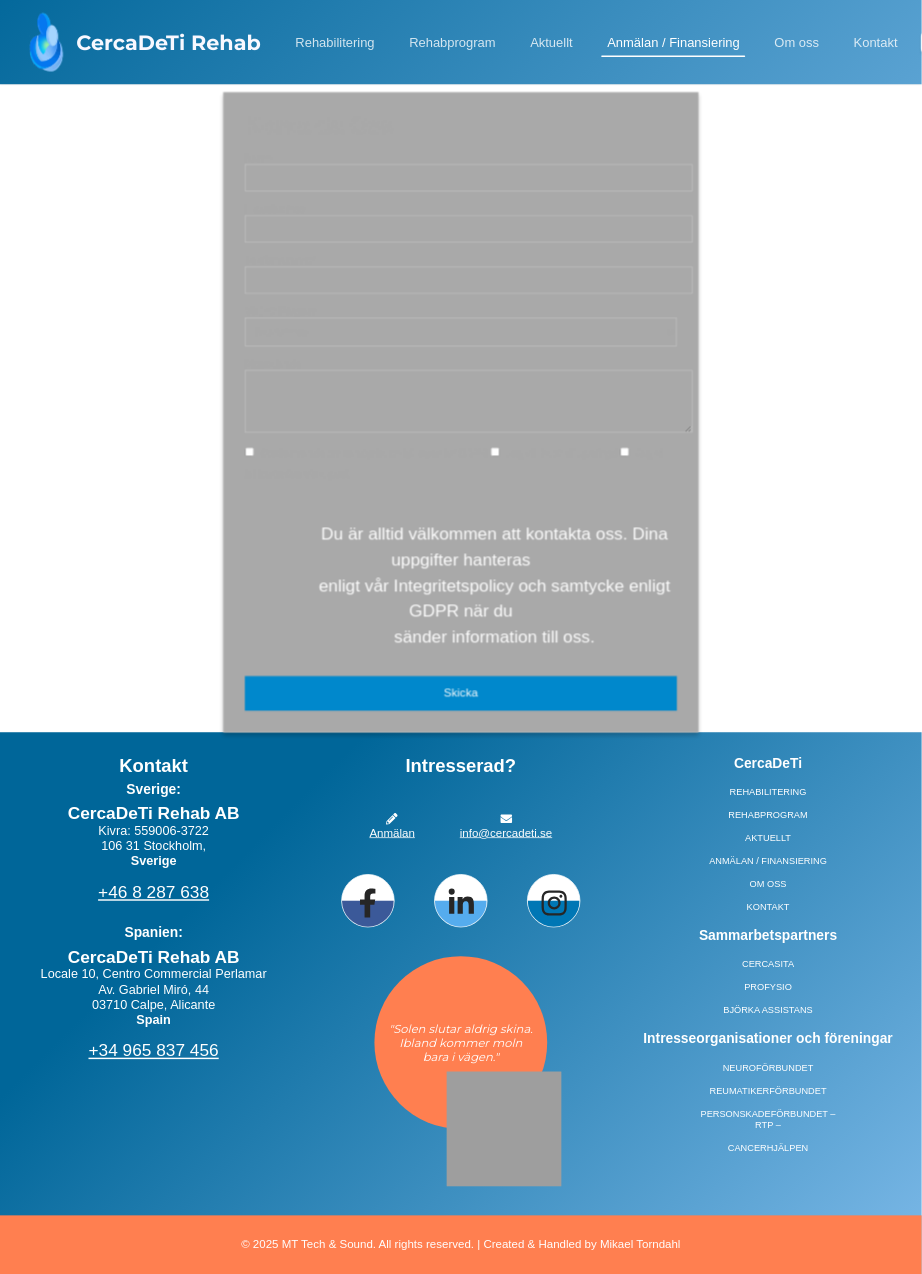
Repository: micketorndahl/CercaDeTi-rehab
Page: anmalan-form.html
An editor plug-in stored every save of this project. The page is shown before and after the next save, followed by the edit.
The browser window is 1280 px wide. The pictures show the whole page, at 72% of full size.
Pictures or frames that could not be fetched are drawn as grey boxes. The page's requests for data from a server got no answer. Some web fonts or font styles are not loaded; a fallback is used. Some web libraries are served in a nearby version.

Above is the page before, as saved 2025-02-01 18:32:32.
Console error: TypeError: Cannot read properties of null (reading 'addEventListener')

### anmalan-form.html
<!DOCTYPE html>
<html lang="en">
  <head>
    <meta charset="UTF-8" />
    <meta name="viewport" content="width=device-width, initial-scale=1.0" />

    <link
      rel="stylesheet"
      href="https://use.fontawesome.com/releases/v5.6.3/css/all.css"
      integrity="sha384-UHRtZLI+pbxtHCWp1t77Bi1L4ZtiqrqD80Kn4Z8NTSRyMA2Fd33n5dQ8lWUE00s/"
      crossorigin="anonymous"
    />

    <script src="https://cdnjs.cloudflare.com/ajax/libs/font-awesome/5.15.4/js/all.min.js"></script>

    <link rel="stylesheet" href="style.css" />
    <link rel="stylesheet" href="tailwind.css" />
    <title>CercaDeTi Rehab</title>
  </head>
  <body>
    <div class="site-container">
      <header class="header">
        <div class="logo-wrapper">
          <div class="logo">
            <div class="logo-and-text">
              <a href="index.html">
                <img src="/images/cropped-CDTR.gif" alt="Logo" />
                <h1 class="cercadeti">CercaDeTi Rehab</h1>
              </a>
            </div>
          </div>
        </div>

        <nav class="main-nav">
          <div class="nav-container">
            <ul>
              <li>
                <a href="rehabilitering.html">Rehabilitering</a>
              </li>
              <li><a href="rehabprogram.html">Rehabprogram</a></li>
              <li><a href="aktuellt.html">Aktuellt</a></li>
              <li>
                <a href="anmalan-finans.html" class="active"
                  >Anmälan / Finansiering</a
                >
              </li>
              <li><a href="om-oss.html">Om oss</a></li>
              <li><a href="kontakt.html">Kontakt</a></li>
            </ul>
          </div>
        </nav>

        <div class="social-container">
          <div class="social">
            <ul>
              <li>
                <a href="https://www.facebook.com/CercadetiRehab/"
                  ><i class="fab fa-facebook-f icon"></i
                ></a>
              </li>
              <li>
                <a href="https://www.linkedin.com/company/cercadeti-rehab-ab"
                  ><i class="fab fa-linkedin-in icon"></i
                ></a>
              </li>
              <li>
                <a href="https://www.instagram.com/cercadetirehab/"
                  ><i class="fab fa-instagram icon"></i
                ></a>
              </li>
            </ul>
          </div>
        </div>
      </header>

      <div class="content">
        <div class="form-container">
          <form class="contact-form">
            <h2>Kontakta Oss</h2>

            <label for="name">Namn</label>
            <input type="text" id="name" name="name" required />

            <label for="email">E-postadress</label>
            <input type="email" id="email" name="email" required />

            <label for="phone">Telefonnummer</label>
            <input type="tel" id="phone" name="phone" required />

            <label for="program">Välj ett Program</label>
            <select id="program" name="program" required>
              <option value="neurorehab">Neurorehab</option>
              <option value="reumarehab">Reumarehab</option>
              <option value="cancerrehab">Cancerrehab</option>
              <option value="stressrehab">Stressrehab</option>
              <option value="närståendeprogram">Närståendeprogram</option>
            </select>

            <label for="message">Meddelande</label>
            <textarea id="message" name="message" rows="4" required></textarea>

            <div class="checkbox-container">
              <input type="checkbox" id="gdpr" name="gdpr" required />
              <label for="gdpr"
                >Godkännande om samtycke enligt lagen för GDPR</label
              >

              <input type="checkbox" id="call" name="call" />
              <label for="call">Jag vill helst bli uppringd</label>

              <input type="checkbox" id="emailContact" name="emailContact" />
              <label for="emailContact"
                >Jag vill bli kontaktad via e-post</label
              >
            </div>

            <p class="info-text">
              Du är alltid välkommen att kontakta oss. Dina uppgifter hanteras
              enligt vår Integritetspolicy och samtycke enligt GDPR när du
              sänder information till oss.
            </p>

            <button type="submit" class="submit-btn">Skicka</button>
          </form>
        </div>
      </div>

      <!-- FOOTER START -->
      <footer class="footer-container">
        <div class="footer-top">
          <div class="footarea1 footer-shared">
            <h3>Kontakt</h3>

            <address class="address-shared address-se">
              <h5>Sverige:</h5>
              <strong
                ><span class="address-company-name"
                  >CercaDeTi Rehab AB</span
                ></strong
              ><br />
              <span class="address-location">Kivra: 559006-3722</span><br />
              <span class="address-city">106 31 Stockholm,</span><br />
              <span class="address-country"
                ><strong>Sverige</strong><br
              /></span>
              <br />
              <span class="telephone"
                ><a href="tel:+468287638">+46 8 287 638</a></span
              >
            </address>

            <div class="address-shared address-es">
              <address>
                <h5>Spanien:</h5>
                <strong
                  ><span class="address-company-name"
                    >CercaDeTi Rehab AB</span
                  > </strong
                ><br />
                <span class="address-location"
                  >Locale 10, Centro Commercial Perlamar</span
                ><br />
                <span class="address-street">Av. Gabriel Miró, 44</span><br />
                <span class="address-city">03710 Calpe, Alicante<br /></span>
                <span class="address-country"
                  ><strong>Spain</strong><br
                /></span>
                <br />
                <span class="telephone"
                  ><a href="tel:+34965837456">+34 965 837 456</a></span
                >
              </address>
            </div>
          </div>
          <div class="footarea2 footer-shared">
            <h3>Intresserad?</h3>
            <div class="footarea2-links">
              <a href=""><i class="fas fa-pencil-alt"></i> Anmälan</a>
              <a href="mailto:info@cercadeti.se"
                ><i class="fas fa-envelope"></i> info@cercadeti.se</a
              >
            </div>
            <div class="social-footer">
              <ul>
                <li>
                  <a href="https://www.facebook.com/CercadetiRehab/">
                    <i class="fab fa-facebook-f icon"></i>
                  </a>
                </li>

                <li>
                  <a href="https://www.linkedin.com/company/cercadeti-rehab-ab"
                    ><i class="fab fa-linkedin-in icon"></i
                  ></a>
                </li>
                <li>
                  <a href="https://www.instagram.com/cercadetirehab/"
                    ><i class="fab fa-instagram icon"></i
                  ></a>
                </li>
              </ul>
            </div>
            <div class="image-container-footer">
              <div class="image-wrapper">
                <p class="footer-quote">
                  "Solen slutar aldrig skina. Ibland kommer moln bara i vägen."
                </p>
                <img src="images/weelchair.icon.png" alt="wheelchair-icon" />
              </div>
            </div>
          </div>
          <div class="footarea3 footer-shared">
            <nav class="footer-nav">
              <div class="link-column1">
                <h4>CercaDeTi</h4>
                <ul>
                  <li><a href="rehabilitering.html">Rehabilitering</a></li>
                  <li><a href="rehabprogram.html">Rehabprogram</a></li>
                  <li><a href="aktuellt.html">Aktuellt</a></li>
                  <li>
                    <a href="anmalan-finans.html">Anmälan / Finansiering</a>
                  </li>
                  <li><a href="om-oss.html">Om oss</a></li>
                  <li><a href="kontakt.html">Kontakt</a></li>
                </ul>
              </div>

              <div class="link-column2">
                <h4>Sammarbetspartners</h4>
                <ul>
                  <li><a href="https://cercasita.com/">Cercasita</a></li>
                  <li><a href="https://profysio.es/">ProFysio</a></li>
                  <li>
                    <a href="https://www.bjorka-assistans.se/"
                      >Björka Assistans</a
                    >
                  </li>
                </ul>
              </div>

              <div class="link-column3">
                <h4>Intresseorganisationer och föreningar</h4>
                <ul>
                  <li><a href="https://neuro.se/">Neuroförbundet</a></li>
                  <li>
                    <a href="https://reumatiker.se/">Reumatikerförbundet</a>
                  </li>
                  <li>
                    <a href="https://rtp.se/">Personskadeförbundet – RTP – </a>
                  </li>
                  <li>
                    <a href="http://www.cancerhjalpen.se/">Cancerhjälpen</a>
                  </li>
                </ul>
              </div>
            </nav>
          </div>
        </div>
        <div class="footer-bottom">
          <div class="copyright">
            &copy; 2025 MT Tech &amp; Sound. All rights reserved. | Created
            &amp; Handled by Mikael Torndahl
          </div>
          <div class="additional-info"></div>
        </div>
      </footer>
      <!-- FOOTER END -->
    </div>
    <!-- SCRIPT SRCS -->
    <script src="js/script.js"></script>
    <script src="js/weather-api.js"></script>
  </body>
</html>

### style.css
@import url("css/reset.css");
@import url("css/standard.css");
@import url("css/variables.css");
@import url("css/typography.css");
@import url("css/layout.css");
@import url("css/navigation.css");
@import url("css/post.css");
@import url("css/footer.css");
@import url("css/searchbox.css");
@import url("css/page-templates.css");
@import url("css/mq-tablet.css");
@import url("css/mq-phone.css");
@import url("css/effects.css");

### css/standard.css
/*
/* STANDARD
*/

html {
  scroll-behavior: smooth;
}

a {
  text-decoration: none;
}

[class*="fa"]:not([class*="fab"]) {
  display: block;
  margin: 0 auto;
  padding: 0.2rem;
}

### css/typography.css
/*
/* HEADLINES
*/

body {
  background-color: var(--white);
  color: var(--gray-paragraph);
  font-style: normal;
}

.content p,
.container-index p {
  font-size: 1.5rem;
  font-weight: 300;
  white-space: pre-wrap;
  text-align: center;
  margin: 0.5rem;
  word-wrap: break-word;
  line-height: 1.5;
}

body,
.content p,
container-index p,
.address-company-name,
address span,
h1,
h2,
h3,
h4,
h5,
h6 {
  font-family: var(--font-secondary), sans-serif;
  margin: 0;
  padding: 0;
}

h1,
h2,
h3,
h4,
h5,
h6 {
  font-weight: bold;
}

h1 {
  font-size: 2rem;
}
h2 {
  font-size: calc(5rem + 1vw);
}

h3 {
  font-size: 1.6rem;
  color: var(--white);
  margin-bottom: 0.5rem;
}
h4 {
  font-size: 1.2rem;
  color: var(--white);
  margin-bottom: 0.5rem;
}
h5 {
  font-size: 1.2rem;
  font-style: normal;
  padding: 0;
}
h6 {
  font-size: 1rem;
}

.banner-content h2 {
  font-family: var(--font-ten), sans-serif;
  font-size: 6rem;
  font-style: bold;
  line-height: 1.2;
  margin-top: 0.5rem;
  color: var(--white);
}

.address-company-name {
  font-size: 1.5rem;
  font-weight: bold;
  font-style: normal;
}

address span {
  font-style: normal;
  font-size: 1.1rem;
  font-weight: 400;
  margin: 0;
  padding: 0;
}

### css/layout.css
/*
/* LAYOUT
*/

.site-container {
  flex: 1;
  display: flex;
  flex-direction: column;
  margin: 0 auto;
  width: 100%;
}

.header {
  background: linear-gradient(
    135deg,
    var(--color-quaternary) 25%,
    var(--color-tertiary) 100%
  );
  background-size: 200% 100%;
  display: flex;
  justify-content: space-between;
  align-items: center;
  margin: 0;
  z-index: 1000;
  width: 100%;
  position: fixed;
  box-shadow: 0 1px 3px rgba(0, 0, 0, 0.1), 0 1px 2px rgba(0, 0, 0, 0.06);
  animation: shineEffect 7s infinite linear;
}

.header > div {
  flex: 1; /* Makes each section take up equal space */
}

.logo-wrapper {
  display: flex;
  flex-direction: row;
  justify-content: center;
  flex-grow: 1;
  flex-shrink: 0;
  position: relative;
  animation: shineEffect 4s ease-in-out infinite;
}

@keyframes shineEffect {
  0% {
    background-position: 0% 50%;
    box-shadow: 0 0 10px var(--background-color-blue);
  }
  50% {
    background-position: 100% 50%;
    box-shadow: 0 0 20px var(--background-color-light-blue);
  }
  100% {
    background-position: 0% 50%;
    box-shadow: 0 0 10px var(--background-color-blue);
  }
}

.logo {
  display: flex;
  flex-direction: row;
  align-items: center;
  padding: 0;
}

.logo img {
  width: 50px;
  height: 85px;
  transition: transform 0.3s ease-in-out, filter 0.3s ease-in-out;
  padding: 0 1rem;
}

.logo img {
  animation: pulse 2.5s infinite;
}

@keyframes pulse {
  0%,
  100% {
    transform: scale(1);
    filter: brightness(1) hue-rotate(0deg) saturate(1);
  }
  50% {
    transform: scale(1.05);
    filter: brightness(1.1) hue-rotate(10deg) saturate(1.3);
  }
}

.logo-and-text {
  display: flex;
  flex-direction: row;
  justify-content: center;
  align-items: center;
  margin: 0;
  padding: 1rem 1.5rem;
}

.logo-and-text a {
  display: flex;
  flex-direction: row;
  align-items: center;
}

h1.cercadeti {
  font-family: var(--font-eight), sans-serif;
  font-size: 1.8rem;
  font-weight: 700;
  color: var(--ghost-white);
  white-space: nowrap;
}

.ctas-container {
  display: flex;
  justify-content: center;
  align-items: center;
}

.button-CTA {
  background-color: var(--color-secondary);
  padding: 1rem 2.6rem;
  border-radius: 3rem;
  box-shadow: rgba(0, 0, 0, 0.1) 0 2px 4px;
  color: #ffffff;
  font-family: Pontano Sans, sans-serif;
  font-size: 1rem;
  font-weight: 500;
  outline: 0;
  text-align: center;
  text-transform: uppercase;
  text-decoration: none;
  margin: 2rem 0.5rem;
  border: 0;
  cursor: pointer;
  transition: all 0.3s ease-in-out;
  position: relative;
  z-index: 1;
  transform-origin: center;
}

/* First button: Transparent effect on hover */
.button-CTA:nth-of-type(1) {
  background-color: var(--color-primary);
}

.button-CTA:nth-of-type(1):hover {
  background-color: rgba(227, 227, 227, 0.1);
  color: white;
  /* Use outline instead of border */
  outline: 1px solid var(--color-primary); /* Or 2px as you prefer */
  outline-offset: -1px; /* Adjust if needed to make outline appear as border */
  box-shadow: rgba(0, 0, 0, 0.2) 0 4px 8px;
  transform: scale(1.05);
}

/* Second button: More vibrant on hover */
.button-CTA:nth-of-type(2) {
  background-color: var(--color-secondary);
}

.button-CTA:nth-of-type(2):hover {
  background-color: #ff5722;
  box-shadow: rgba(0, 0, 0, 0.25) 0 6px 12px;
  /* Scale on hover */
  transform: scale(1.05); /* Adjust scale factor as desired */
}

.button-CTA:active {
  transform: translateY(1px) scale(0.95); /* Scale down slightly on active */
  box-shadow: rgba(0, 0, 0, 0.1) 0 2px 4px;
}

.banner {
  position: relative;
  display: flex;
  flex-direction: column;
  min-height: 100vh;
  background-image: url(../images/banner-index.jpg);
  background-repeat: no-repeat;
  background-size: cover;
  background-attachment: fixed;
  background-position: center top;
  padding-top: 100px;
}

.banner::before {
  content: "";
  position: absolute;
  top: 0;
  left: 0;
  width: 100%;
  height: 60%; /* Only darken the top part */
  background: linear-gradient(to bottom, rgba(0, 0, 0, 0.6), rgba(0, 0, 0, 0));
  z-index: 1;
}

#banner-aktuellt {
  background-image: url(../images/banner-aktuellt.jpg);
}

#banner-anmalan-finans {
  background-image: url(../images/banner-anmalan-finans.jpg);
}

#banner-kontakt {
  background-image: url(../images/rehab10.jpg);
  background-position: center center;
}

#banner-om-oss {
  background-image: url(../images/rehab11.jpg);
  background-position: center center;
}

#banner-rehabilitering {
  background-image: url(../images/banner-rehabilitering.jpg);
}

.banner-content {
  position: relative;
  z-index: 2; /* Ensures the text appears above the dark overlay */
  display: flex;
  flex-direction: column;
  justify-content: space-around;
  align-items: center;
}

.slogan {
  padding: 5rem;
  color: var(--white);
  text-align: center;
}

.content {
  width: 60%;
  margin: 0 auto;
  display: flex;
  align-items: center; /* Vertically center grid items */
  justify-content: center; /* Horizontally align items */
}

.content-3col {
  display: grid;
  grid-template-columns: 1fr 3fr 1fr; /* Left Sidebar - Main Content - Right Sidebar */
  grid-template-rows: auto; /* Allow content to dictate height */
  grid-template-areas: "left main right"; /* Define named grid areas */
}

section.main {
  grid-column:
  display: flex;
  flex-direction: column;
  text-align: center;
  background: var(--white);

}

section.main h2 {
  font-size: 3rem;
  color: var(--text-dark);
}

aside {
  display: flex;
  flex-direction: column;
  justify-content: center;
  align-items: center;
}

aside.sidebar-left {
  grid-column: 1;
  display: flex;
  align-items: center; /* Vertically center content */
  justify-content: center; /* Horizontally center content */
}

aside.sidebar-right {
  grid-column: 3;
  display: flex;
  align-items: center;
  justify-content: center; /* Ensures vertical centering */
}

aside h3 {
  color: var(--text-dark);
}

.form-container {
  background: var(--darkgray);
  backdrop-filter: blur(10px);
  margin-top: 8rem;
  padding: 30px;
  border-radius: var(--border-radius);
  width: 100%;
  max-width: 600px;
  box-shadow: 0 4px 6px rgba(0, 0, 0, 0.2);
  transition: transform 0.3s ease-in-out;
}

.form-container:hover {
  transform: translateY(-10px);
}

.contact-form h2 {
  font-size: 2rem;
  margin-bottom: 20px;
  color: var(--darkgray);
}

label {
  font-size: 14px;
  margin-bottom: 5px;
  background-color: var(--);
  color: var(--darkgray);
}

input, select, textarea {
  width: 100%;
  padding: 10px;
  margin-bottom: 15px;
  border: 1px solid rgba(255, 255, 255, 0.3);
  border-radius: var(--border-radius);
  background: var(--ghostwhite);
  color: var(--darkgray);
  font-size: 14px;
  outline: none;
}

input[type="checkbox"] {
  width: auto;
  margin-right: 5px;
}

textarea {
  resize: vertical;
}

.checkbox-container {
  margin-bottom: 20px;
}

.info-text {
  color: var(--white);
  font-size: 12px;
  margin-bottom: 20px;
}

.submit-btn {
  background-color: var(--color-primary);
  color: var(--white);
  border: none;
  padding: 15px;
  font-size: 16px;
  width: 100%;
  border-radius: var(--border-radius);
  cursor: pointer;
  transition: background-color 0.3s ease;
}

.submit-btn:hover {
  background-color: darken(var(--color-primary), 10%);
}

### css/navigation.css
/* NAV */

.main-nav {
  display: flex;
  justify-content: center;
  align-items: center;
  padding: 0;
  flex-grow: 0;
  flex-shrink: 0;
}

nav.main-nav ul {
  display: flex;
  margin: 0;
  padding: 0;
}

nav.main-nav ul li {
  list-style: none;
  margin: 0 1rem;
}

.main-nav a {
  position: relative;
  display: inline-block;
  padding: 0.5rem;
  text-decoration: none;
  transition: color 0.2s ease-in-out;
}

nav.main-nav ul li a {
  font-family: var(--font-secondary), sans-serif;
  font-size: 18px;
  font-weight: 400;
  line-height: 1rem;
  /* Slightly darker default color */
  color: var(--dullwhite);
  text-decoration: none;
  transition: all 0.4s ease-in-out;
}

nav.main-nav ul li a:hover {
  color: var(--white); /* Brighter on hover */
}

nav.main-nav ul li a.active {
  color: var(--white); /* Brightest when active */
}

nav.main-nav ul li a.active::after {
  content: "";
  position: absolute;
  left: 0;
  bottom: -4px;
  width: 100%;
  height: 1px; /* Adjusted height here */
  background-color: var(--white);
  border-radius: 2px;
  transition: transform 0.3s ease, background-color 0.3s ease;
}

/* Hover underline that grows from the left */
nav.main-nav ul li a::after {
  content: "";
  position: absolute;
  left: 0;
  bottom: -4px;
  width: 0;
  height: 1px;
  background-color: var(--white);
  border-radius: 2px;
  transition: width 0.6s ease, background-color 0.6s ease;
  opacity: 0;
}

nav.main-nav ul li a:hover::after {
  width: 100%;
  opacity: 1;
  height: 1px;
}

/* Active link styles */
nav.main-nav ul li a.active::after {
  width: 100%;
  height: 2px; /* Adjusted height here */
  opacity: 1;
}

.social-container {
  display: flex;
  justify-content: center;
  align-items: center;
  flex-grow: 1;
  flex-shrink: 1;
}

.social ul {
  display: flex;
  justify-content: space-evenly;
  margin: 0;
}

.social li {
  margin: 0.5rem;
}

.ctas-container {
  display: flex; /* Aligns buttons side by side */
  justify-content: center;
  align-items: center;
}

### css/post.css
/*
/* POST */
/*

### css/searchbox.css
/*
/* SEARCHBOX */
/*

### css/mq-tablet.css
/*
/* MQ-TABLET */
/*

### css/mq-phone.css
/*
/* MQ-PHONE*/
/*

Loaded but not shown: tailwind.css (library); js/script.js (117 lines, source omitted); js/weather-api.js (90 lines, source omitted); css/page-templates.css (379 lines, source omitted); css/reset.css (364 lines, source omitted); css/effects.css (235 lines, source omitted); css/variables.css (74 lines, source omitted); css/footer.css (189 lines, source omitted)

After the next save:
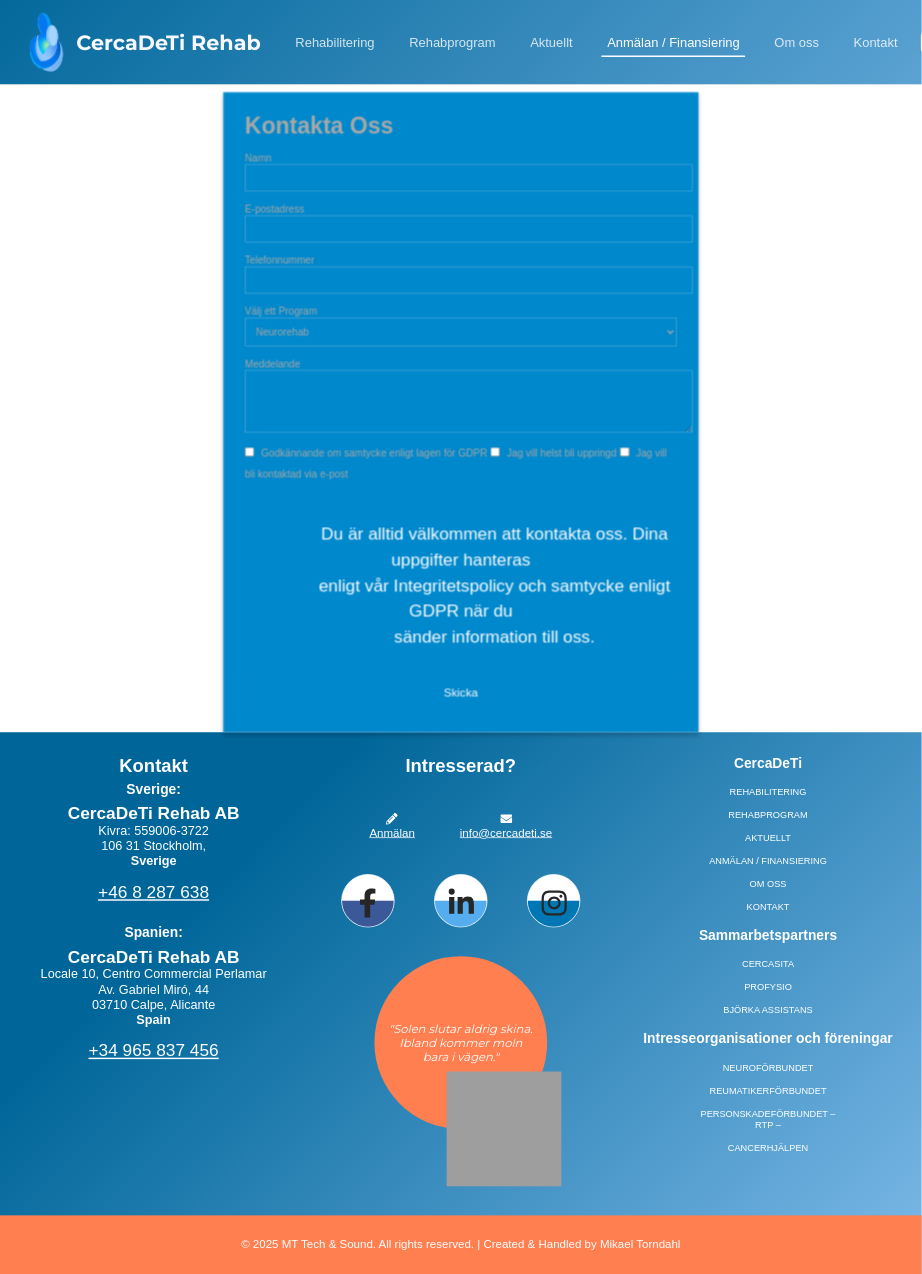
Saved 14 s later.
--- a/css/layout.css
+++ b/css/layout.css
@@ -286,7 +286,7 @@
 }
 
 .form-container {
-  background: var(--darkgray);
+  background: var(--color-primary);
   backdrop-filter: blur(10px);
   margin-top: 8rem;
   padding: 30px;
